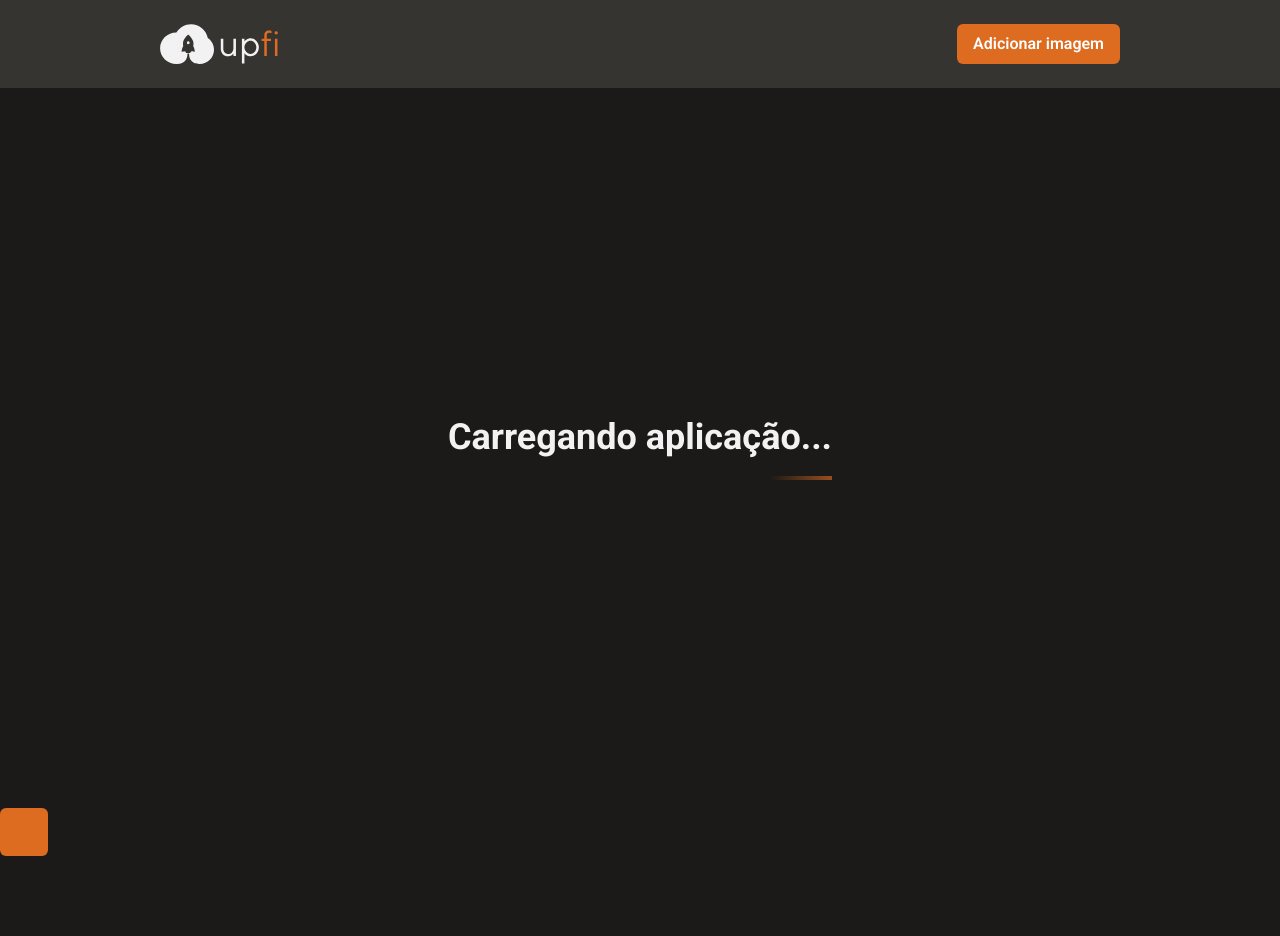
Repository: PedroH-Santos/UploadImage
Page: /
The author's editor kept a copy of each file at every save. The page is drawn from the files as they stood at one save, then again after the next save.
The browser window is 1280 px wide. The pictures show the whole page.
The page's requests for data from a server got no answer. The project was rebuilt for these pictures with package versions that can differ from the ones it lists, and the page was loaded fresh each time. The framework's server and built-in components were replaced by stand-ins that run in the browser. No one was signed in, and anything a server would have sent is missing. Also part of the build but not shown: src/components/Input/FileInput.tsx, src/components/Input/TextInput.tsx, src/components/Form/FormAddImage.tsx, src/components/Error.tsx.

Above is the page before, as saved 2022-02-15 20:40:44.

After the next save:
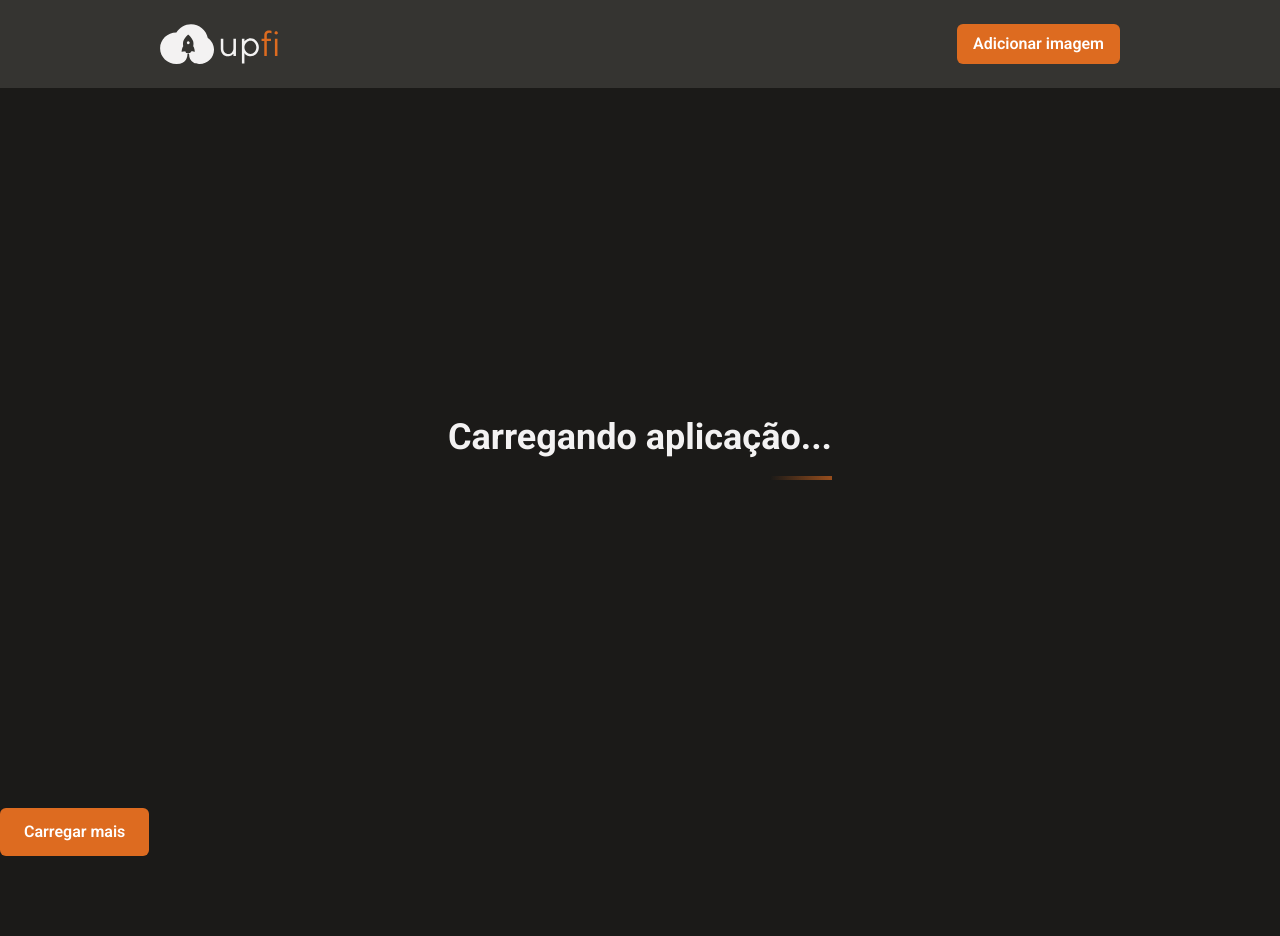
Saved 42 s later.
--- a/src/pages/index.tsx
+++ b/src/pages/index.tsx
@@ -77,7 +77,7 @@
       {isError && (
         <Error />
       )}
-                    <Button size="lg" fontSize="md" />
+                    <Button size="lg" fontSize="md">Carregar mais </Button>
 
       <Box maxW={1120} px={20} mx="auto" my={20}>
         <CardList cards={formattedData} />
